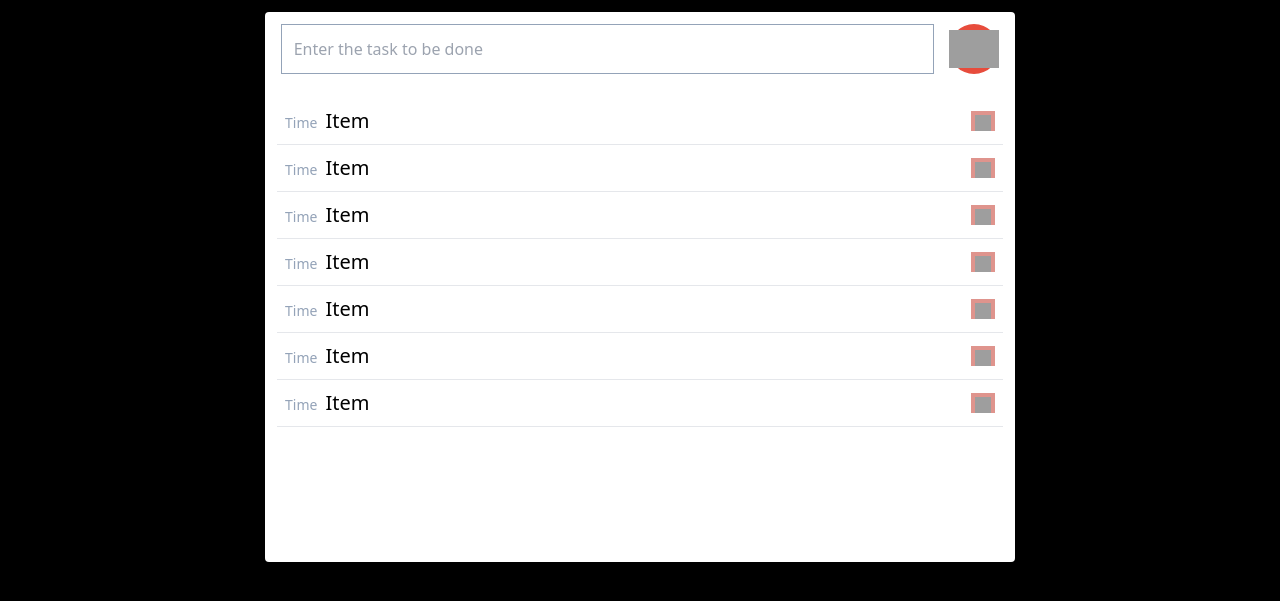
Repository: duttasayan835/todo-app-with-React-and-tailwind-CSS
Page: /, after clicking the first element matching `div.cursor-pointer`
These files come from the project's save history. The page is drawn as it stood at one moment and after a run of saves; the edit follows.
The browser window is 1280 px wide. The pictures show the whole page.
Pictures or frames that could not be fetched are drawn as grey boxes. The project was rebuilt for these pictures with package versions that can differ from the ones it lists, and the page was loaded fresh each time.

Above is the page before, as saved 2024-06-12 13:22:30.

### src/App.js
import Box from "./Components/Box";
import Input from "./Components/Input";

function App() {
  return (
    <div className="h-screen p-3 bg-black ">
      <div className="max-w-[750px] min-h-[550px] shadow-2xl bg-white mx-auto rounded">
        <Input />
        <Box />
      </div>
    </div>
  );
}
export default App;

### src/Components/Box.jsx
import React from "react";
import Item from "./Item";

export default function Box() {
  return (
    <div className="p-3">
      <Item />
      <Item />
      <Item />
      <Item />
      <Item />
      <Item />
      <Item />
    </div>
  );
}

### src/Components/Input.jsx
import React from "react";

export default function Input() {
  return (
    <div className="flex justify-around gap-2 p-3">
      <input
        placeholder="Enter the task to be done"
        className=" w-[90%] p-3 border border-slate-400 focus:outline-none"
        type="text"
        aria-label="INPUT-TASK"
      />
      <div className="cursor-pointer w-[50px] h-[50px] bg-[#e74c3c] text-white text-3xl rounded-[50%] flex justify-center items-center ">
        <img
          src="https://cdn4.iconfinder.com/data/icons/ios-optimized-1/30/add__create__new__addition__buttons__more__round-1024.png"
          alt="add"
        />
      </div>
    </div>
  );
}

### src/Components/Item.jsx
import React, { useState } from "react";

export default function Item() {
  const [done, setDone] = useState(false);
  return (
    <div
      onClick={() => setDone(!done)}
      className={`${
        done === true ? "line-through" : ""
      } flex justify-between w-full p-2 border-b cursor-pointer select-none items-center`}
    >
      <div className="">
        <span className="pr-2 text-[14px] text-slate-400">Time</span>
        <span className="text-[20px]">Item</span>
      </div>
      <div className="bg-[#df928bf9] bg-center pt-1 pl-1 pr-1">
        <img
          className="w-4 h-4 "
          src="https://icon-library.com/images/trash-icon-vector/trash-icon-vector-19.jpg"
          alt="trash"
        />
      </div>
    </div>
  );
}

Loaded but not shown: public/index.html (common file); src/index.js (common file); src/index.css (common file); src/reportWebVitals.js (common file); tailwind.config.js (common file)

After the next 3 saves:
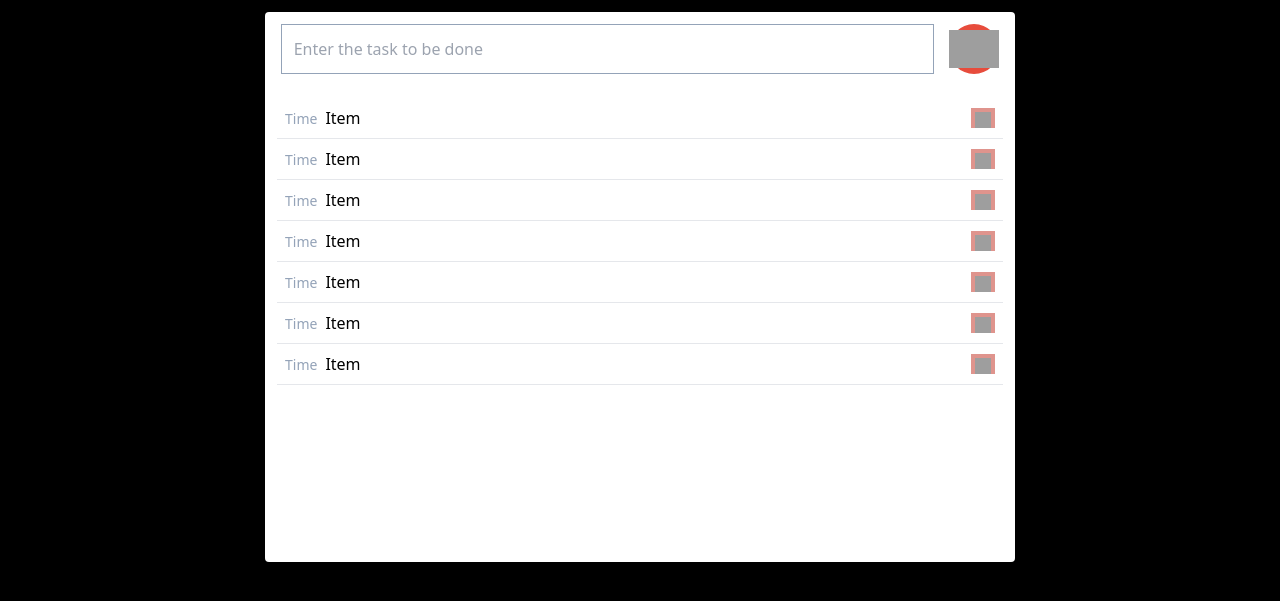
The 3 saves are shown as one change because 2 did not build or start.
The last was saved 2 min 12 s later.
--- a/src/Components/Item.jsx
+++ b/src/Components/Item.jsx
@@ -5,13 +5,13 @@ export default function Item() {
   return (
     <div
       onClick={() => setDone(!done)}
-      className={`${
-        done === true ? "line-through" : ""
-      } flex justify-between w-full p-2 border-b cursor-pointer select-none items-center`}
+      className={`flex justify-between w-full p-2 border-b cursor-pointer select-none items-center`}
     >
       <div className="">
         <span className="pr-2 text-[14px] text-slate-400">Time</span>
-        <span className="text-[20px]">Item</span>
+        <span className={`${done === true ? "line-through" : ""} text-[20px]}`}>
+          Item
+        </span>
       </div>
       <div className="bg-[#df928bf9] bg-center pt-1 pl-1 pr-1">
         <img
